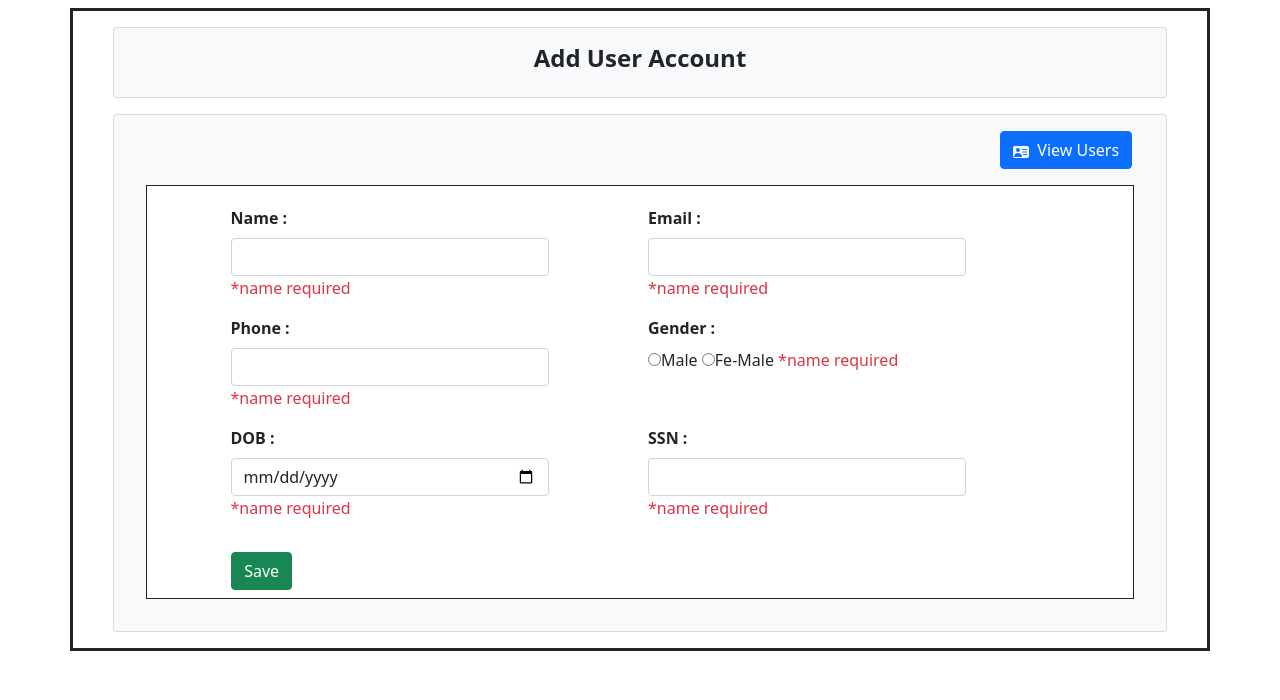
Repository: Umapathy-G/MiniProjects
Page: http://localhost/useraccount
The author's editor kept a copy of each file at every save. The page is drawn from the files as they stood at one save, then again after the next save.
The browser window is 1280 px wide. The pictures show the whole page.
The page is this project's Thymeleaf template; nobody is signed in. The template is opened directly, without the code that normally fills it, so the values that code supplies are empty.

Above is the page before, as saved 2023-09-09 04:29:03.

### 01-MiniProject-UserManagement/src/main/resources/templates/useraccount.html
<!DOCTYPE html>
<html>

<head>
	<meta charset="ISO-8859-1">
	<title>User Account Form</title>
	<link href="https://cdn.jsdelivr.net/npm/bootstrap@5.0.2/dist/css/bootstrap.min.css" rel="stylesheet"
		integrity="sha384-EVSTQN3/azprG1Anm3QDgpJLIm9Nao0Yz1ztcQTwFspd3yD65VohhpuuCOmLASjC" crossorigin="anonymous">
</head>

<body>
	<div class="container mt-2 border border-dark border-3">
		<div class="container">
			<div class="card m-3 p-3 bg-light text-center">
				<h4><b>Add User Account</b></h4>
			</div>
		</div>
		<div class="container">
			<div class="card m-3 p-3 bg-light">
				<div class="row">
					<div class="col offset-10">
						<a href="/userList" class=" btn btn-primary">
							<svg xmlns="http://www.w3.org/2000/svg" width="16" height="16" fill="currentColor"
								class="bi bi-person-vcard-fill" viewBox="0 0 16 16">
								<path
									d="M0 4a2 2 0 0 1 2-2h12a2 2 0 0 1 2 2v8a2 2 0 0 1-2 2H2a2 2 0 0 1-2-2V4Zm9 1.5a.5.5 0 0 0 .5.5h4a.5.5 0 0 0 0-1h-4a.5.5 0 0 0-.5.5ZM9 8a.5.5 0 0 0 .5.5h4a.5.5 0 0 0 0-1h-4A.5.5 0 0 0 9 8Zm1 2.5a.5.5 0 0 0 .5.5h3a.5.5 0 0 0 0-1h-3a.5.5 0 0 0-.5.5Zm-1 2C9 10.567 7.21 9 5 9c-2.086 0-3.8 1.398-3.984 3.181A1 1 0 0 0 2 13h6.96c.026-.163.04-.33.04-.5ZM7 6a2 2 0 1 0-4 0 2 2 0 0 0 4 0Z" />
							</svg>&nbsp; View Users</a>
					</div>
				</div>

				<card class="bg-white m-3 border border-dark">
					<form action="/saveUser" th:object="${UserData}" method="post">
						<div class="row g-3 mt-1">
							<div class="col-4 offset-1">
								<label for="name" class="form-label"><b>Name :</b></label>
								<input th:field="*{name}" type="text" id="name" class="form-control">
								<span class="text-danger">*name required</span>
							</div>
							<div class="col-4 offset-1">
								<label for="email" class="form-label"><b>Email :</b></label>
								<input th:field="*{email}" type="text" id="email" class="form-control">
								<span class="text-danger">*name required</span>
							</div>
							<div class="col-4 offset-1">
								<label for="phone" class="form-label"><b>Phone :</b></label>
								<input th:field="*{phone}" type="text" id="phone" class="form-control">
								<span class="text-danger">*name required</span>
							</div>
							<div class="col-4 offset-1">
								<label class="form-label"><b>Gender :</b></label>
								<div>
									<input type="radio" th:field="*{gender}" value="M">Male
									<input type="radio" th:field="*{gender}" value="F">Fe-Male
									<span class="text-danger">*name required</span>
								</div>

							</div>
							<div class="col-4 offset-1">
								<label for="dob" class="form-label"><b>DOB :</b></label>
								<input th:field="*{dob}" type="date" id="dob" class="form-control">
								<span class="text-danger">*name required</span>
							</div>
							<div class="col-4 offset-1">
								<label for="ssn" class="form-label"><b>SSN :</b></label>
								<input th:field="*{ssn}" type="text" id="ssn" class="form-control">
								<span class="text-danger">*name required</span>
							</div>
						</div>
						<div class="row mt-3 mb-2">
							<div class="col offset-1">
								<p th:text="${msg}" class="text-success"></p>
								<input value="Save" type="submit" class="btn btn-success">
							</div>
						</div>
					</form>
				</card>
			</div>
		</div>
	</div>
	<script src="https://cdn.jsdelivr.net/npm/bootstrap@5.0.2/dist/js/bootstrap.bundle.min.js"
		integrity="sha384-MrcW6ZMFYlzcLA8Nl+NtUVF0sA7MsXsP1UyJoMp4YLEuNSfAP+JcXn/tWtIaxVXM"
		crossorigin="anonymous"></script>
</body>

</html>

After the next save:
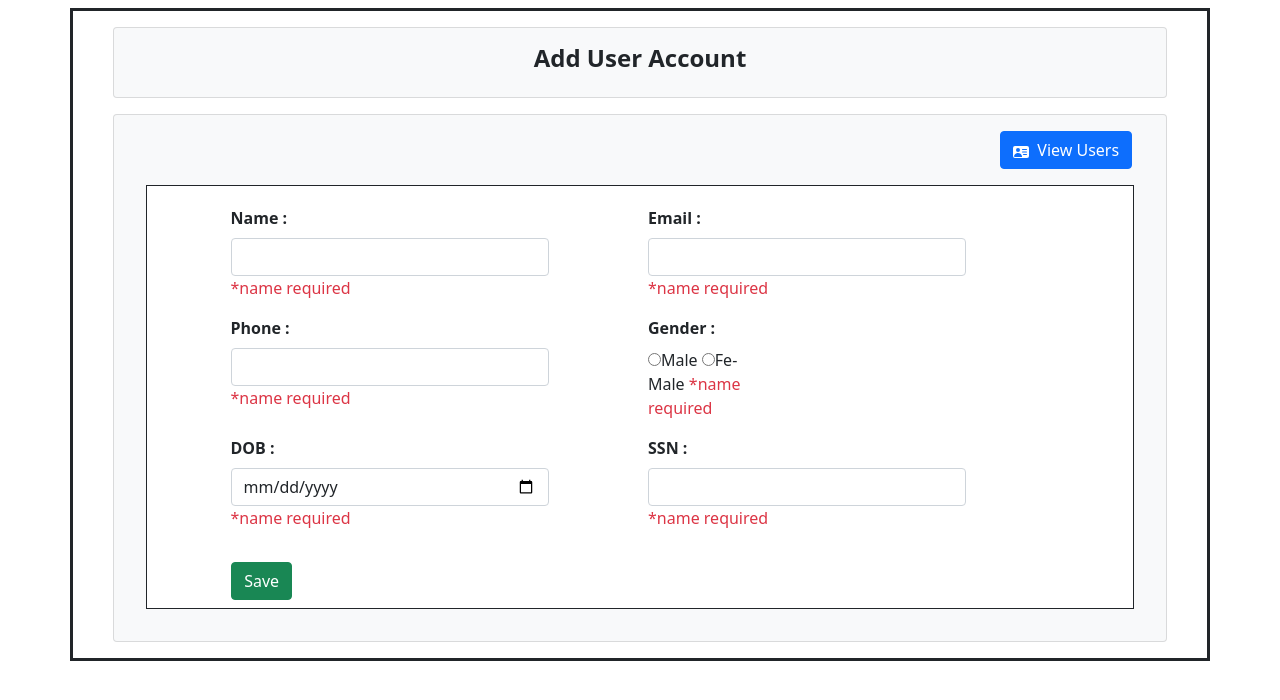
Saved 39 s later.
--- a/01-MiniProject-UserManagement/src/main/resources/templates/useraccount.html
+++ b/01-MiniProject-UserManagement/src/main/resources/templates/useraccount.html
@@ -48,7 +48,7 @@
 							</div>
 							<div class="col-4 offset-1">
 								<label class="form-label"><b>Gender :</b></label>
-								<div>
+								<div class="col-4">
 									<input type="radio" th:field="*{gender}" value="M">Male
 									<input type="radio" th:field="*{gender}" value="F">Fe-Male
 									<span class="text-danger">*name required</span>
